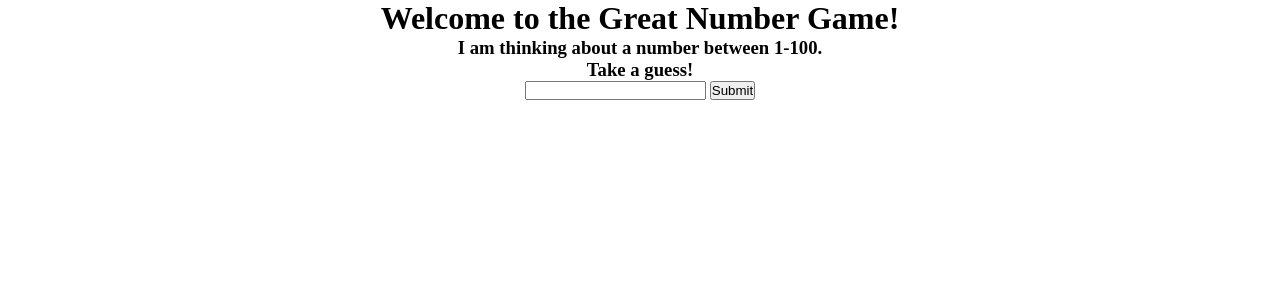
Repository: jshin07/Java
Page: http://localhost/GreatNumberGame/index
The author's editor kept a copy of each file at every save. The page is drawn from the files as they stood at one save, then again after the next save.
The browser window is 1280 px wide. The pictures show the whole page.
The page is served by Tomcat 9.

Above is the page before, as saved 2017-07-12 19:33:48.

### SpringTool/GreatNumberGame/WebContent/WEB-INF/views/index.jsp
<%@ taglib prefix="c" uri="http://java.sun.com/jsp/jstl/core" %>
<%@ page language="java" contentType="text/html; charset=ISO-8859-1"
    pageEncoding="ISO-8859-1"%>
<!DOCTYPE html PUBLIC "-//W3C//DTD HTML 4.01 Transitional//EN" "http://www.w3.org/TR/html4/loose.dtd">
<html>
<head>
<meta http-equiv="Content-Type" content="text/html; charset=ISO-8859-1">
<title>Great Number Game</title>
</head>
<style>
	* {
		text-align: center;
		padding: 0px;
		margin: auto;
	}
	.green{
		background-color: green;
		width: 100px;
		height: 100px;
	}

	.red{
		background-color: red;
		width: 100px;
		height: 100px;
	}

</style>
<body>
	<h1> Welcome to the Great Number Game!</h1>
	<h3> I am thinking about a number between 1-100.<br>Take a guess!</h3>
${result }

	<% String result = (String) session.getAttribute("result"); %>
	<% if(result == "You won") {%>
		<div class="green">
			<p> You won! ${num} was the number!</p>
		</div>
	<%} else if(result == "Too low") {%>
		<div class="red">
			<p> Too low! <p>
		</div>
	<% }else if(result == "Too high") { %>
		<div class="red">
			<p> Too high! </p>
		</div>
	<%} %>


	<form action = "/GreatNumberGame/index" method="POST">
		<input type= "text" name="guess">
		<input type= "submit" name="submit" value= "Submit">
	</form>

</body>
</html>

### SpringTool/GreatNumberGame/src/com/jenny/greatnumbergame/controllers/Index.java
package com.jenny.greatnumbergame.controllers;

import java.io.IOException;
import java.util.Random;

import javax.servlet.RequestDispatcher;
import javax.servlet.ServletException;
import javax.servlet.http.HttpServlet;
import javax.servlet.http.HttpServletRequest;
import javax.servlet.http.HttpServletResponse;
import javax.servlet.http.HttpSession;


public class Index extends HttpServlet {
	private static final long serialVersionUID = 1L;

	protected void doGet(HttpServletRequest request, HttpServletResponse response) throws ServletException, IOException {
		RequestDispatcher view = request.getRequestDispatcher("/WEB-INF/views/index.jsp");
		view.forward(request, response);
	}

	public int randNum(){
		return new Random().nextInt(3)+1;
	}

	protected void doPost(HttpServletRequest request, HttpServletResponse response) throws ServletException, IOException {
		String result = "";
		HttpSession session = request.getSession();

		if (session.getAttribute("num")== null){
			session.setAttribute("num", randNum());

		} else {
			int sv =(Integer) session.getAttribute("num");
			int cl= Integer.parseInt(request.getParameter("guess"));


			if(sv == cl){
				result = "You won";
				sv= randNum();
				session.setAttribute("num", sv);
			} else if (sv > cl){
				result = "Too low";
			} else {
				result = "Too high";
			}
		}

		request.setAttribute("result", result);



		doGet(request, response);
	}

}

After the next save:
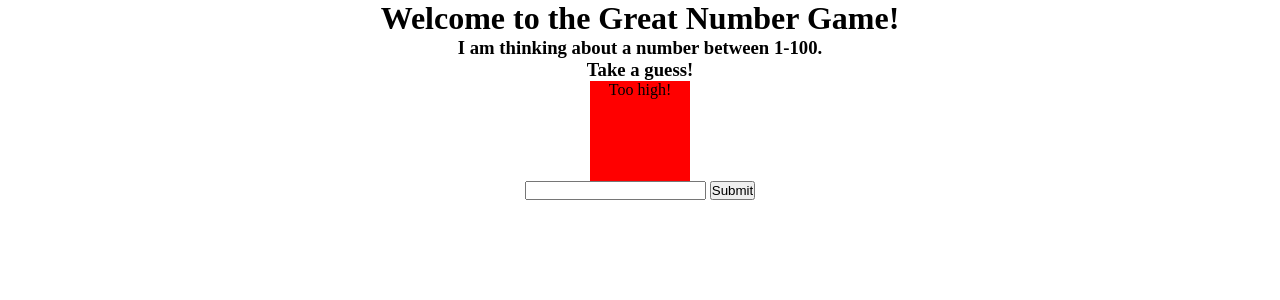
Saved 63 s later.
--- a/SpringTool/GreatNumberGame/WebContent/WEB-INF/views/index.jsp
+++ b/SpringTool/GreatNumberGame/WebContent/WEB-INF/views/index.jsp
@@ -40,7 +40,7 @@
 		<div class="red">
 			<p> Too low! <p>
 		</div>
-	<% }else if(result == "Too high") { %>
+	<% }else{ %>
 		<div class="red">
 			<p> Too high! </p>
 		</div>

After the 3 saves that followed:
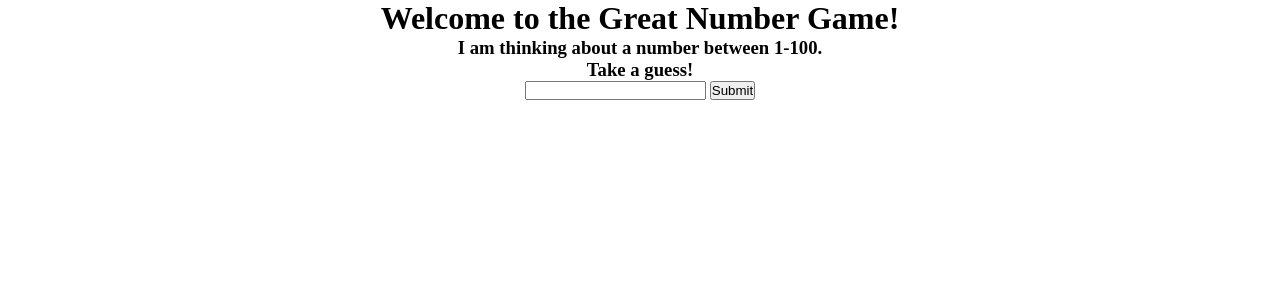
The 3 saves are shown as one change because 2 left the picture as it was.
The last was saved 4 min 30 s later.
--- a/SpringTool/GreatNumberGame/WebContent/WEB-INF/views/index.jsp
+++ b/SpringTool/GreatNumberGame/WebContent/WEB-INF/views/index.jsp
@@ -29,9 +29,10 @@
 <body>
 	<h1> Welcome to the Great Number Game!</h1>
 	<h3> I am thinking about a number between 1-100.<br>Take a guess!</h3>
-${result }
 
-	<% String result = (String) session.getAttribute("result"); %>
+
+	<% String result = (String) request.getAttribute("result"); %>
+	<% System.out.println(result); %>
 	<% if(result == "You won") {%>
 		<div class="green">
 			<p> You won! ${num} was the number!</p>
@@ -40,7 +41,7 @@
 		<div class="red">
 			<p> Too low! <p>
 		</div>
-	<% }else{ %>
+	<% }else  if(result == "Too high"){ %>
 		<div class="red">
 			<p> Too high! </p>
 		</div>
